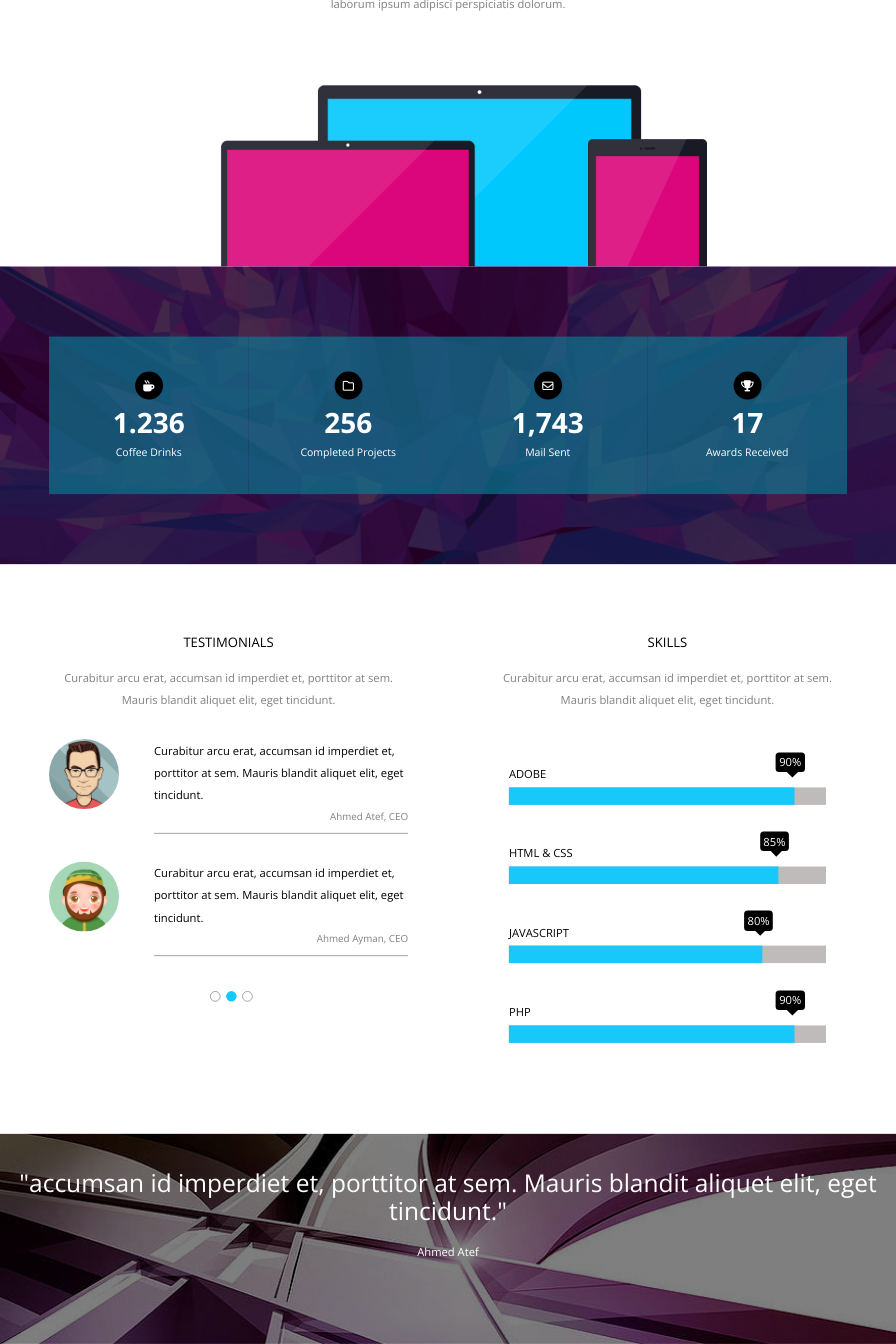
Repository: Ahmed123rezk123/Template_2
Page: index.html
These files come from the project's save history. The page is drawn as it stood at one moment and after a run of saves; the edit follows.
The browser window is 1280 px wide. The pictures show the part of the page from y = 4247 to 6167 px (the page is 6167 px tall), at 70% of full size.
A picture or video elsewhere on the page could not be fetched, so the positions and the page height are approximate. Some web fonts or font styles are not loaded; a fallback is used.

Above is the page before, as saved 2024-04-15 19:30:49.

After the next 2 saves:
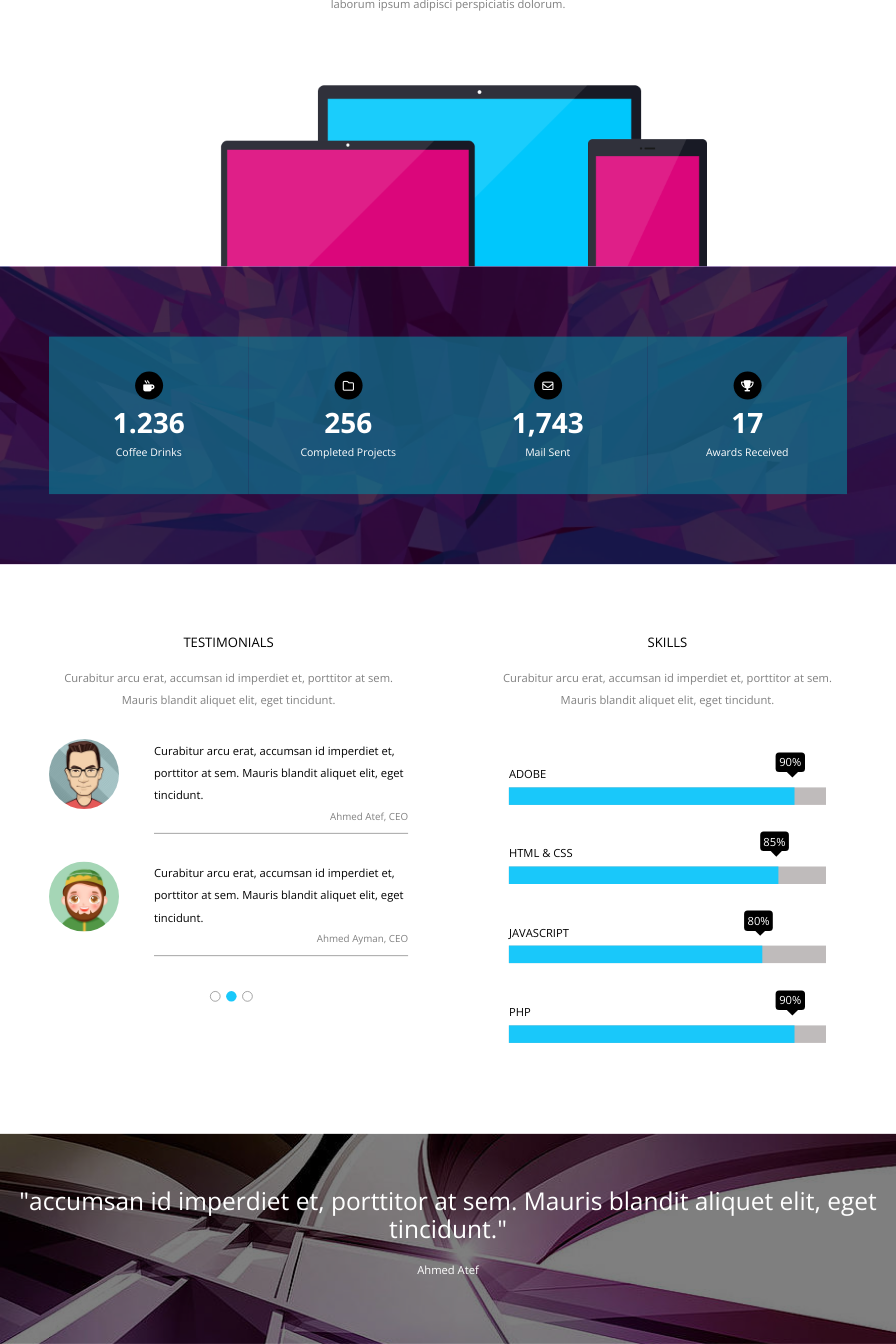
The 2 saves are shown as one change because they came seconds apart.
The last was saved 21 s later.
--- a/css/kasper.css
+++ b/css/kasper.css
@@ -808,7 +808,7 @@ height: 300px;
 .quote .container .content {
 text-align: center;
 color: white;
-margin: 50px auto;
+margin: 75px auto;
 }
 .quote .container .content p {
     font-size: 35px;
